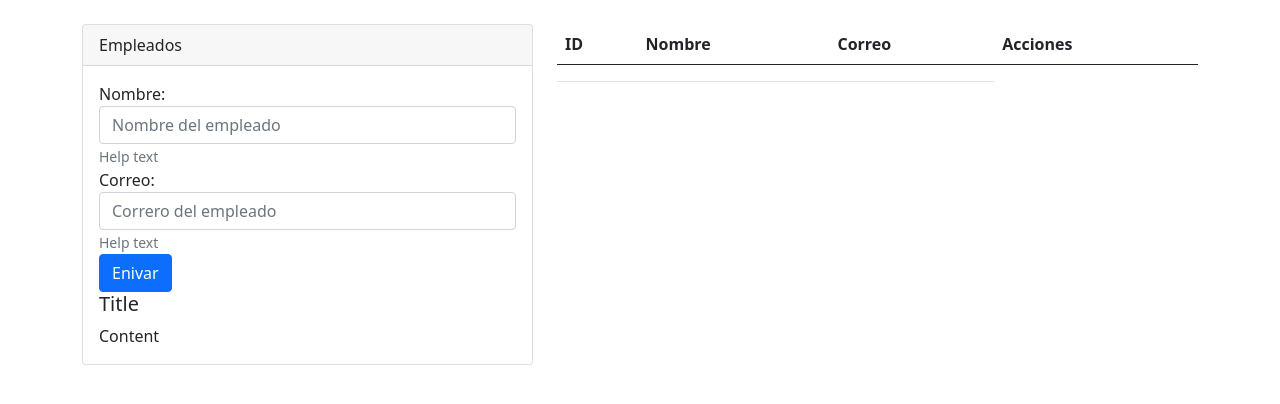
Repository: LionardoGomiz/CRUD-JS-VAINILLA
Page: index.html
The author's editor kept a copy of each file at every save. The page is drawn from the files as they stood at one save, then again after the next save.
The browser window is 1280 px wide. The pictures show the whole page.
The page's requests for data from a server got no answer.

Above is the page before, as saved 2021-08-12 15:31:58.

After the next save:
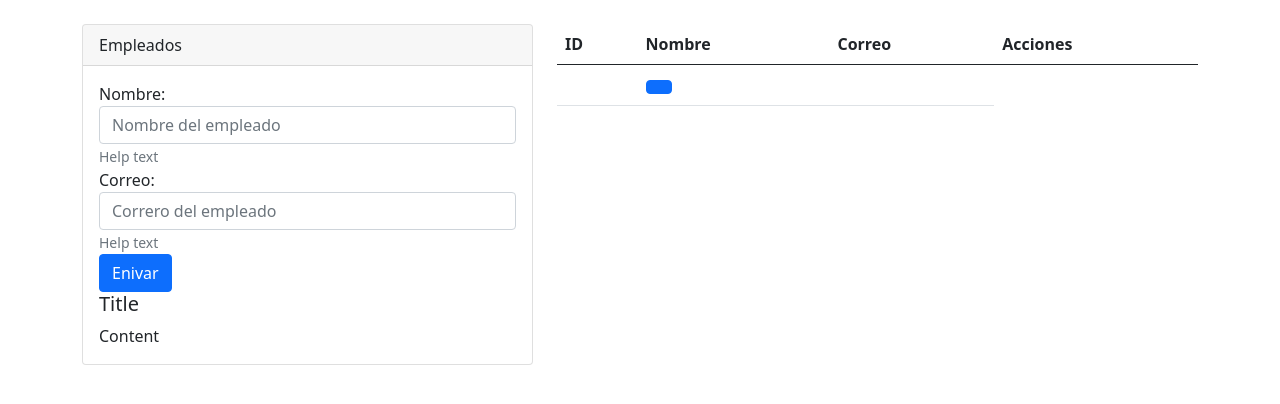
Console error: SyntaxError: Unexpected identifier 'name'
Saved 8 min 16 s later.
--- a/index.html
+++ b/index.html
@@ -56,7 +56,7 @@
 
                         <tr>
                             <td scope="row"></td>
-                            <td></td>
+                            <td><a name="" id="" class="btn btn-primary" href="#" role="button"></a></td>
                             <td></td>
                         </tr>
                     </tbody>
@@ -86,6 +86,7 @@
                             datos+="<td>"+empleado.Nombre+"</td>";
                             datos+="<td>"+empleado.Correo+"</td>";
                             datos+="<td>"+empleado.id+"</td>";
+                            datos+="<td>"<a name="" id="" class="btn btn-primary" href="#" role="button"></a>+empleado.id+"</td>";
                         datos+="</tr>";
                     }
                 );

After the save that followed:
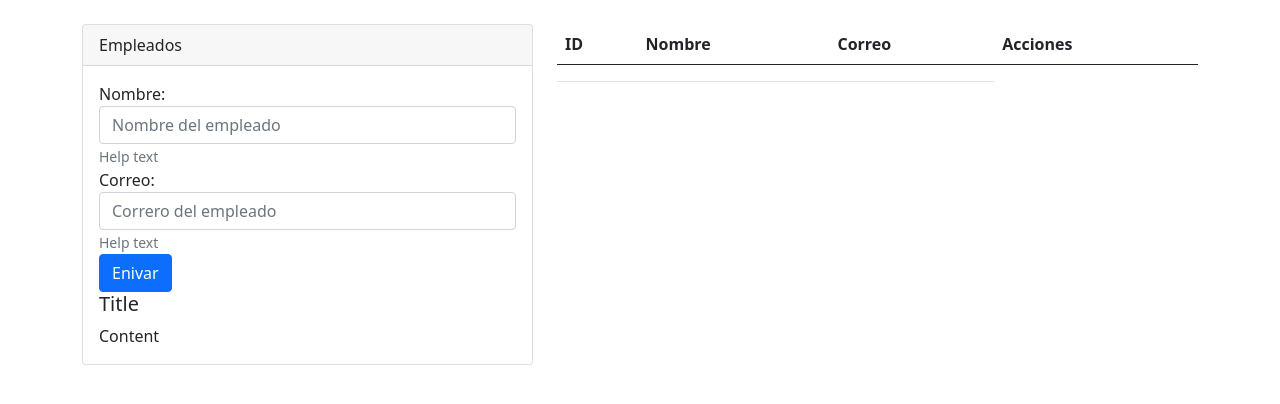
The error is gone.
Saved 13 s later.
--- a/index.html
+++ b/index.html
@@ -56,7 +56,7 @@
 
                         <tr>
                             <td scope="row"></td>
-                            <td><a name="" id="" class="btn btn-primary" href="#" role="button"></a></td>
+                            <td></td>
                             <td></td>
                         </tr>
                     </tbody>
@@ -86,7 +86,7 @@
                             datos+="<td>"+empleado.Nombre+"</td>";
                             datos+="<td>"+empleado.Correo+"</td>";
                             datos+="<td>"+empleado.id+"</td>";
-                            datos+="<td>"<a name="" id="" class="btn btn-primary" href="#" role="button"></a>+empleado.id+"</td>";
+                            datos+="<td>"+empleado.id+"</td>";
                         datos+="</tr>";
                     }
                 );
